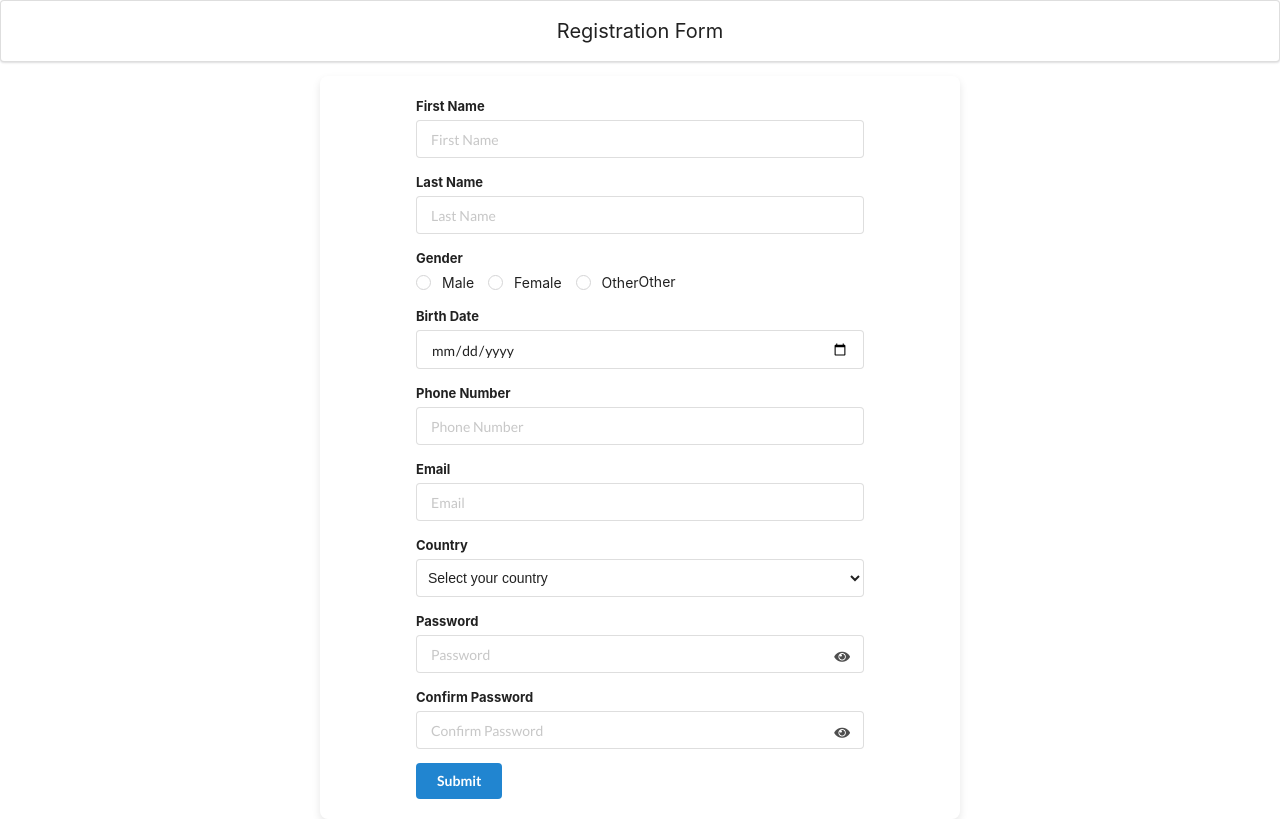
Repository: Wahid137/registration-form
Page: /
An editor plug-in stored every save of this project. The page is shown before and after the next save, followed by the edit.
The browser window is 1280 px wide. The pictures show the whole page.
The project was rebuilt for these pictures with package versions that can differ from the ones it lists, and the page was loaded fresh each time.

Above is the page before, as saved 2024-05-01 16:46:34.

### src/index.js
import React from 'react';
import ReactDOM from 'react-dom/client';
import 'semantic-ui-css/semantic.min.css';
import App from './App';
import './index.css';
import reportWebVitals from './reportWebVitals';

const root = ReactDOM.createRoot(document.getElementById('root'));
root.render(
  <React.StrictMode>
    <App />
  </React.StrictMode>
);

// If you want to start measuring performance in your app, pass a function
// to log results (for example: reportWebVitals(console.log))
// or send to an analytics endpoint. Learn more: https://bit.ly/CRA-vitals
reportWebVitals();

### src/App.js
import { Segment } from 'semantic-ui-react';
import './App.css';
import Register from './components/Register';

function App() {
  return (
    <div className="App">
      <Segment textAlign='center' size={"huge"}>Registration Form</Segment>
      <Register />
    </div>
  );
}

export default App;

### src/App.css
.form-body {
  padding-top: "20px";
  padding-bottom: "20px";
  display: "flex";
  width: "50%";
  justify-content: "center";
  box-shadow: "0 4px 8px rgba(0,0,0,0.1)";
  border-radius: "8px";
}

.form-field {
  margin-bottom: 1rem;
}

.gender-field {
  display: flex;
  flex-direction: row;
}

.gender-option {
  display: flex;
  margin-right: 1rem;
  align-items: center;
  justify-content: center;
}

### src/components/Register.js
import Joi from "joi";
import React, { useState } from "react";
import { useForm } from "react-hook-form";
import { Button, Container, Form, FormField, Icon, Radio } from "semantic-ui-react";
import { minBirthDate } from "../utils/Moment";
import { nameRegex, passwordRegex, phoneRegex } from "../utils/RegExp";
import { countryOptions } from "../utils/country";
import { getPasswordErrorMessage } from "../utils/getPasswordErrorMessage";

const Register = () => {
    const [showPassword, setShowPassword] = useState(false);
    const [showConfirmPassword, setShowConfirmPassword] = useState(false);
    const togglePasswordVisibility = () => setShowPassword(!showPassword);
    const toggleConfirmPasswordVisibility = () => setShowConfirmPassword(!showConfirmPassword);

    //useForm
    const { register, handleSubmit, reset, watch
    } = useForm();
    const password = watch("password", "");
    const [formErrors, setFormErrors] = useState({});

    //schema
    const schema = Joi.object({
        firstName: Joi.string().min(2).max(20).pattern(nameRegex).required().messages({
            "string.base": "First name must be a string",
            "string.empty": "Please enter your first name",
            "string.min": "First name must have at least {#limit} characters",
            "string.max": "First name cannot exceed {#limit} characters",
            "string.pattern.base": "First name must contain only alphabets and spaces",
            "any.required": "First name is required",
        }),
        lastName: Joi.string().min(2).max(20).pattern(nameRegex).required().messages({
            "string.base": "Last name must be a string",
            "string.empty": "Please enter your last name",
            "string.min": "Last name must have at least {#limit} characters",
            "string.max": "Last name cannot exceed {#limit} characters",
            "string.pattern.base": "Last name must contain only alphabets and spaces",
            "any.required": "Last name is required",
        }),
        gender: Joi.string().valid('male', 'female', 'other').required().messages({
            "any.required": "Gender is required",
            "any.only": "Please select a valid gender",
        }),
        birthDate: Joi.date()
            .max(minBirthDate)
            .required()
            .messages({
                "date.base": "Please enter a valid date",
                "date.max": "You must be at least 18 years old",
                "any.required": "Birth date is required",
            }),
        phoneNumber: Joi.string().pattern(phoneRegex).required().messages({
            "string.base": "Phone number must be a string",
            "string.empty": "Please enter your phone number",
            "string.pattern.base": "Phone number must be exactly 10 digits",
            "any.required": "Phone number is required",
        }),
        email: Joi.string().email({ tlds: { allow: false } }).required().messages({
            "string.base": "Email must be a string",
            "string.empty": "Please enter your email",
            "string.email": "Please enter a valid email address",
            "any.required": "Email is required",
        }),
        password: Joi.string().pattern(passwordRegex).required().messages({
            "string.base": "Password must be a string",
            "string.empty": "Please enter your password",
            "string.pattern.base": "Password must be 3 to 30 characters long and contain at least one lowercase letter, one uppercase letter, and one digit",
            "any.required": "Password is required",
        }),
        confirmPassword: Joi.string().valid(password).required().messages({
            "any.required": "Confirm password is required",
            "any.only": "Passwords do not match",
        }),
        country: Joi.string().required().messages({
            "any.required": "Please select a country",
            "string.empty": "Please select a country",
        }),
    });

    //submit handler
    const onSubmit = (data) => {
        const { error } = schema.validate(data, { abortEarly: false });
        if (error) {
            const errorMessage = {};
            error.details.forEach((detail) => {
                errorMessage[detail.path[0]] = detail.message;
            });
            if (data.password) {
                errorMessage.password = getPasswordErrorMessage(data.password);
            }
            setFormErrors(errorMessage);
            return;
        }
        console.log(data);
        reset();
        setFormErrors({});
        alert("Registration Successfully done!")
    };

    return (
        <Container
            style={{
                paddingTop: "20px",
                paddingBottom: "20px",
                display: "flex",
                width: "50%",
                justifyContent: "center",
                boxShadow: "0 4px 8px rgba(0,0,0,0.1)",
                borderRadius: "8px",
            }}
        >

            <Form style={{ width: "70%" }} onSubmit={handleSubmit(onSubmit)}>
                <div className="form-field">
                    <FormField error={formErrors.firstName !== undefined}>
                        <label>First Name</label>
                        <input
                            placeholder="First Name"
                            {...register("firstName")}
                            className={formErrors.firstName ? "error" : ""}
                        />
                        {formErrors.firstName && (
                            <div className="ui pointing red basic label">
                                {formErrors.firstName}
                            </div>
                        )}
                    </FormField>
                </div>
                <div className="form-field">
                    <FormField error={formErrors.lastName !== undefined}>
                        <label>Last Name</label>
                        <input
                            placeholder="Last Name"
                            {...register("lastName")}
                            className={formErrors.lastName ? "error" : ""}
                        />
                        {formErrors.lastName && (
                            <div className="ui pointing red basic label">
                                {formErrors.lastName}
                            </div>
                        )}
                    </FormField>
                </div>
                <div className="form-field">
                    <FormField>
                        <label>Gender</label>
                        <div className="gender-field">
                            <div className="gender-option">
                                <Radio
                                    id="male"
                                    label="Male"
                                    {...register("gender")}
                                    value="male"
                                />
                            </div>
                            <div className="gender-option">
                                <Radio
                                    id="female"
                                    label="Female"
                                    {...register("gender")}
                                    value="female"
                                />
                            </div>
                            <div className="gender-option">
                                <Radio
                                    id="other"
                                    label="Other"
                                    {...register("gender")}
                                    value="other"
                                />                                <label htmlFor="other">Other</label>
                            </div>
                        </div>
                        {formErrors.gender && (
                            <div className="ui pointing red basic label">
                                {formErrors.gender}
                            </div>
                        )}
                    </FormField>
                </div>
                <div className="form-field">
                    <FormField error={formErrors.birthDate !== undefined}>
                        <label>Birth Date</label>
                        <input
                            type="date"
                            name="birthDate"
                            {...register("birthDate")}
                            className={formErrors.birthDate ? "error" : ""}
                        />
                        {formErrors.birthDate && (
                            <div className="ui pointing red basic label">
                                {formErrors.birthDate}
                            </div>
                        )}
                    </FormField>
                </div>
                <div className="form-field">
                    <FormField error={formErrors.phoneNumber !== undefined}>
                        <label>Phone Number</label>
                        <input
                            placeholder="Phone Number"
                            {...register("phoneNumber")}
                            className={formErrors.phoneNumber ? "error" : ""}
                        />
                        {formErrors.phoneNumber && (
                            <div className="ui pointing red basic label">
                                {formErrors.phoneNumber}
                            </div>
                        )}
                    </FormField>
                </div>
                <div className="form-field">
                    <FormField error={formErrors.email !== undefined}>
                        <label>Email</label>
                        <input
                            placeholder="Email"
                            {...register("email")}
                            className={formErrors.email ? "error" : ""}
                        />
                        {formErrors.email && (
                            <div className="ui pointing red basic label">
                                {formErrors.email}
                            </div>
                        )}
                    </FormField>
                </div>
                <div className="form-field">
                    <FormField error={formErrors.country !== undefined}>
                        <label>Country</label>
                        <select {...register("country")} className={formErrors.country ? "error" : "ui search dropdown"}>
                            <option value="">Select your country</option>
                            {
                                countryOptions?.map((country) => <option key={country?.key} value={country?.value}>{country?.text}</option>)
                            }
                        </select>
                        {formErrors.country && (
                            <div className="ui pointing red basic label">
                                {formErrors.country}
                            </div>
                        )}
                    </FormField>
                </div>
                <div className="form-field">
                    <FormField error={formErrors.password !== undefined}>
                        <label>Password</label>
                        <div className="ui input">
                            <input
                                type={showPassword ? "text" : "password"}
                                placeholder="Password"
                                {...register("password")}
                                className={formErrors.password ? "error" : ""}
                            />
                            <Icon
                                name={showPassword ? "eye slash" : "eye"}
                                link
                                onClick={togglePasswordVisibility}
                                style={{ cursor: "pointer", position: "absolute", right: "10px", top: "50%", transform: "translateY(-50%)" }}
                            />
                        </div>
                        {formErrors.password && (
                            <div className="ui pointing red basic label">
                                {formErrors.password}
                            </div>
                        )}
                    </FormField>
                </div>
                <div className="form-field">
                    <FormField error={formErrors.confirmPassword !== undefined}>
                        <label>Confirm Password</label>
                        <div className="ui input">
                            <input
                                type={showConfirmPassword ? "text" : "password"}
                                placeholder="Confirm Password"
                                {...register("confirmPassword")}
                                className={formErrors.confirmPassword ? "error" : ""}
                            />
                            <Icon
                                name={showConfirmPassword ? "eye slash" : "eye"}
                                link
                                onClick={toggleConfirmPasswordVisibility}
                                style={{ cursor: "pointer", position: "absolute", right: "10px", top: "50%", transform: "translateY(-50%)" }}
                            />
                        </div>
                        {formErrors.confirmPassword && (
                            <div className="ui pointing red basic label">
                                {formErrors.confirmPassword}
                            </div>
                        )}
                    </FormField>
                </div>
                <Button type="submit" color="blue">
                    Submit
                </Button>
            </Form>
        </Container>
    );
};

export default Register;

### src/utils/Moment.js
import moment from "moment";

export const minBirthDate = moment().subtract(18, "years").format("YYYY-MM-DD");

### src/utils/RegExp.js
export const nameRegex = /^[A-Za-z\s]+$/;
export const phoneRegex = /^[0-9]{10}$/;
export const passwordRegex = /^(?=.*[a-z])(?=.*[A-Z])(?=.*\d)[a-zA-Z\d]{3,30}$/;

### src/utils/country.js
export const countryOptions = [
    { key: 'af', value: 'af', text: 'Afghanistan' },
    { key: 'ax', value: 'ax', text: 'Aland Islands' },
    { key: 'al', value: 'al', text: 'Albania' },
    { key: 'dz', value: 'dz', text: 'Algeria' },
    { key: 'as', value: 'as', text: 'American Samoa' },
    { key: 'ad', value: 'ad', text: 'Andorra' },
    { key: 'ao', value: 'ao', text: 'Angola' },
    { key: 'ai', value: 'ai', text: 'Anguilla' },
    { key: 'ag', value: 'ag', text: 'Antigua' },
    { key: 'ar', value: 'ar', text: 'Argentina' },
    { key: 'am', value: 'am', text: 'Armenia' },
    { key: 'aw', value: 'aw', text: 'Aruba' },
    { key: 'au', value: 'au', text: 'Australia' },
    { key: 'at', value: 'at', text: 'Austria' },
    { key: 'az', value: 'az', text: 'Azerbaijan' },
    { key: 'bs', value: 'bs', text: 'Bahamas' },
    { key: 'bh', value: 'bh', text: 'Bahrain' },
    { key: 'bd', value: 'bd', text: 'Bangladesh' },
    { key: 'bb', value: 'bb', text: 'Barbados' },
    { key: 'by', value: 'by', text: 'Belarus' },
    { key: 'be', value: 'be', text: 'Belgium' },
    { key: 'bz', value: 'bz', text: 'Belize' },
    { key: 'bj', value: 'bj', text: 'Benin' },
]

### src/utils/getPasswordErrorMessage.js

export const getPasswordErrorMessage = (value) => {
    if (value.length < 3 || value.length > 30) {
        return "Password must be 3 to 30 characters long";
    }
    if (!/[a-z]/.test(value)) {
        return "Password must contain at least one lowercase letter";
    }
    if (!/[A-Z]/.test(value)) {
        return "Password must contain at least one uppercase letter";
    }
    if (!/[0-9]/.test(value)) {
        return "Password must contain at least one digit";
    }
    return "";
};

Loaded but not shown: public/index.html (common file); src/index.css (common file); src/reportWebVitals.js (common file)

After the next save:
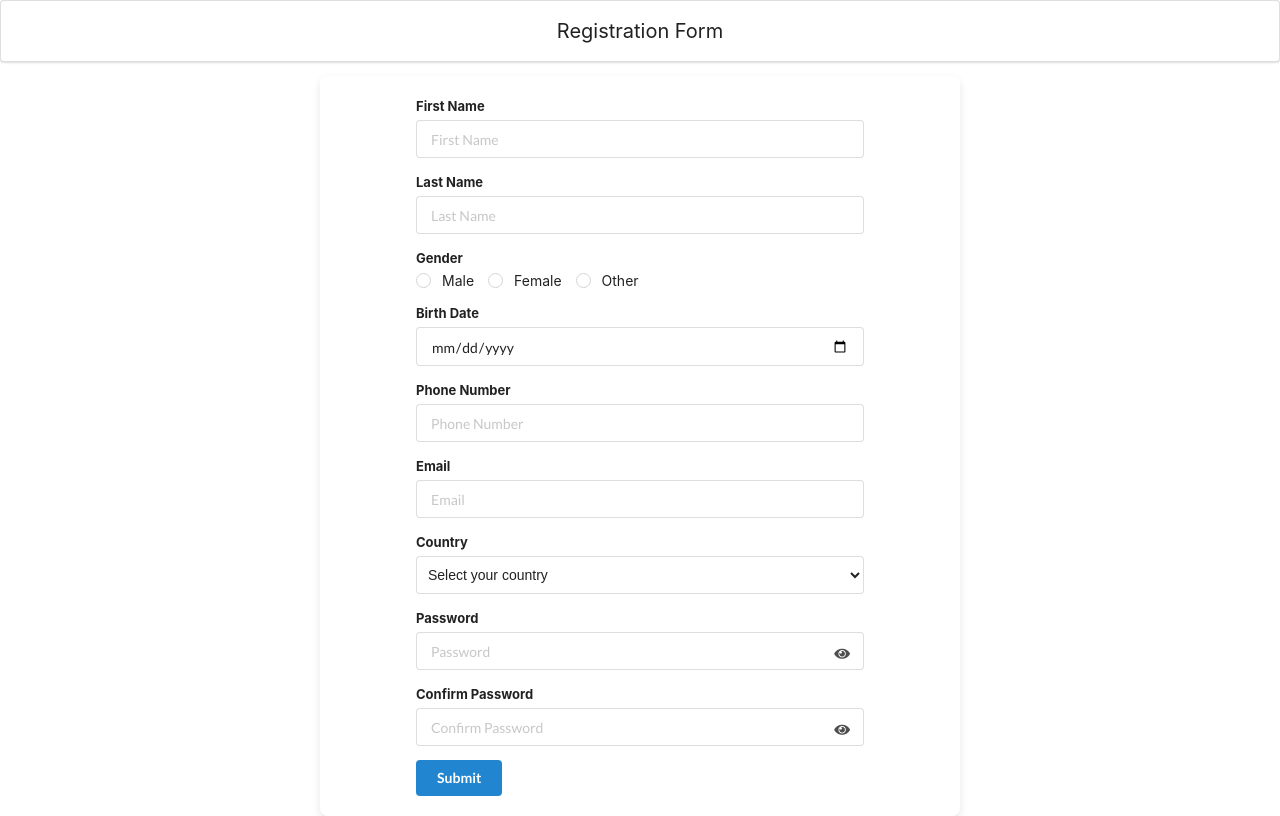
Saved 4 s later.
--- a/src/components/Register.js
+++ b/src/components/Register.js
@@ -167,7 +167,7 @@ const Register = () => {
                                     label="Other"
                                     {...register("gender")}
                                     value="other"
-                                />                                <label htmlFor="other">Other</label>
+                                />
                             </div>
                         </div>
                         {formErrors.gender && (
